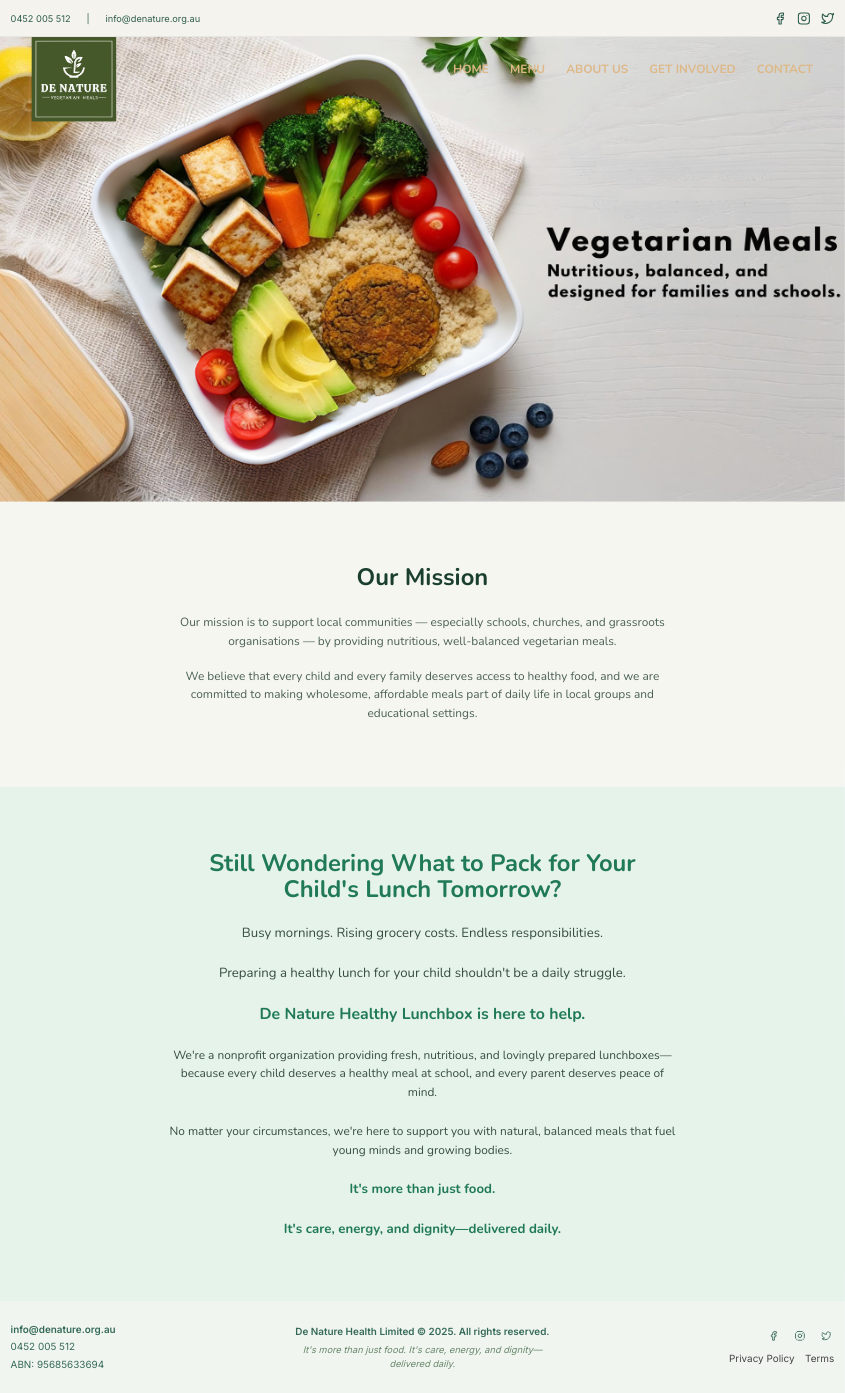
Repository: sunnyyan01/denature-website
Page: /
The author's editor kept a copy of each file at every save. The page is drawn from the files as they stood at one save, then again after the next save.
The browser window is 1280 px wide. The pictures show the whole page, at 66% of full size.
The project was rebuilt for these pictures with package versions that can differ from the ones it lists, and the page was loaded fresh each time. The framework's server and built-in components were replaced by stand-ins that run in the browser. Also part of the build but not shown: next.config.js.

Above is the page before, as saved 2025-05-14 21:31:56.

### src/app/layout.tsx
import type { Metadata } from "next";
import { Inter, Poppins } from "next/font/google";
import "./globals.css";
import Navbar from "@/components/Navbar";
import Footer from "@/components/Footer";
import { Phone, Mail } from "lucide-react";
import { FiFacebook, FiInstagram, FiTwitter } from 'react-icons/fi';

const inter = Inter({
  subsets: ["latin"],
  variable: '--font-inter',
});

const poppins = Poppins({
  weight: ['400', '500', '600', '700'],
  subsets: ['latin'],
  variable: '--font-poppins',
});

export const metadata: Metadata = {
  title: "DE NATURE - Sydney Lunch Program",
  description: "Providing nutritious meals to children in need across Sydney",
  verification: {
    google: "OqLlSQNFE1spUS93SXK13pK8N_CO4S7m2l7H1rPvJmY",
  },
  icons: {
    icon: '/favicon.ico',
    shortcut: '/favicon.ico',
  },
};

export default function RootLayout({
  children,
}: {
  children: React.ReactNode;
}) {
  return (
    <html lang="en">
      <body className={`${inter.variable} ${poppins.variable} font-sans bg-background text-text`}>
        {/* 顶部社交信息栏 */}
        <div
          className="fixed top-0 left-0 right-0 z-50"
          style={{
            background: '#F5F3ED',
            height: '56px',
            borderBottom: '1px solid #E0E0E0',
            fontFamily: "'Inter', 'Lato', sans-serif",
          }}
        >
          <div className="container flex items-center justify-between h-full px-4">
            {/* 联系方式 */}
            <div className="flex items-center space-x-6 text-[#2E5E4E] text-sm">
              <a href="tel:0452005512" className="hover:underline">0452 005 512</a>
              <span className="hidden sm:inline">|</span>
              <a href="mailto:info@denature.org.au" className="hover:underline">info@denature.org.au</a>
            </div>
            {/* 社交图标 */}
            <div className="flex items-center space-x-4">
              <a href="#" className="text-[#2E5E4E] hover:text-[#4A7C59]">
                <FiFacebook className="w-5 h-5" />
              </a>
              <a href="#" className="text-[#2E5E4E] hover:text-[#4A7C59]">
                <FiInstagram className="w-5 h-5" />
              </a>
              <a href="#" className="text-[#2E5E4E] hover:text-[#4A7C59]">
                <FiTwitter className="w-5 h-5" />
              </a>
            </div>
          </div>
        </div>

        {/* Navigation and Content */}
        <div className="relative">
          <Navbar />
          <main>
            {children}
          </main>
        </div>

        <Footer />
      </body>
    </html>
  );
}

### src/app/page.tsx
'use client';

import Link from "next/link";
import Image from "next/image";
import { Leaf, Scale, Recycle, Sprout } from "lucide-react";

const coreValues = [
  {
    title: 'Pure Ingredients',
    description: 'Premium natural ingredients, no additives',
    icon: '🌱',
  },
  {
    title: 'Balanced Nutrition',
    description: 'Scientifically balanced meals',
    icon: '🥗',
  },
  {
    title: 'Eco-Conscious',
    description: 'Sustainable practices, Earth-friendly',
    icon: '🌍',
  },
  {
    title: 'Growth Focus',
    description: 'Supporting healthy development',
    icon: '🌱',
  },
];

export default function Home() {
  return (
    <main>
      {/* Hero Section */}
      <section className="relative h-[100vh] w-full">
        <div className="absolute inset-0 bg-[url('/images/hero-bg.jpg')] bg-cover bg-center">
        </div>
        <div className="relative container mx-auto px-4 h-screen flex items-start pt-32">
          <div className="max-w-6xl mx-auto w-full pt-8">
            {/* 移除以下 h1 区域 */}
          </div>
        </div>
      </section>

      {/* Mission Section */}
      <section className="py-24" style={{ background: '#F6F6F1' }}>
        <div className="max-w-4xl mx-auto px-4 sm:px-6 lg:px-8">
          <div className="max-w-3xl mx-auto text-center">
            <h2 className="text-3xl md:text-4xl font-bold mb-8 font-heading" style={{ color: '#1B3F2F' }}>Our Mission</h2>
            <div className="space-y-6 text-lg leading-relaxed" style={{ color: '#4B6155' }}>
              <p>
                Our mission is to support local communities — especially schools, churches, and grassroots organisations — by providing nutritious, well-balanced vegetarian meals.
              </p>
              <p>
                We believe that every child and every family deserves access to healthy food, and we are committed to making wholesome, affordable meals part of daily life in local groups and educational settings.
              </p>
            </div>
          </div>
        </div>
      </section>

      {/* Lunchbox Support Section */}
      <section className="py-24" style={{ background: '#E6F3EB' }}>
        <div className="container mx-auto px-4">
          <div className="max-w-3xl mx-auto">
            <h2 className="text-4xl font-bold mb-8 text-center" style={{ color: '#217A57', fontWeight: 700 }}>
              Still Wondering What to Pack for Your Child's Lunch Tomorrow?
            </h2>
            <div className="space-y-8" style={{ color: '#364D40' }}>
              <p className="text-center text-xl">
                Busy mornings. Rising grocery costs. Endless responsibilities.
              </p>
              <p className="text-center text-xl">
                Preparing a healthy lunch for your child shouldn't be a daily struggle.
              </p>
              <p className="text-center text-2xl font-bold" style={{ color: '#217A57' }}>
                De Nature Healthy Lunchbox is here to help.
              </p>
              <p className="text-center text-lg">
                We're a nonprofit organization providing fresh, nutritious, and lovingly prepared lunchboxes—because every child deserves a healthy meal at school, and every parent deserves peace of mind.
              </p>
              <p className="text-center text-lg">
                No matter your circumstances, we're here to support you with natural, balanced meals that fuel young minds and growing bodies.
              </p>
              <p className="text-center text-xl font-bold" style={{ color: '#217A57' }}>
                It's more than just food.
              </p>
              <p className="text-center text-xl font-bold" style={{ color: '#217A57' }}>
                It's care, energy, and dignity—delivered daily.
              </p>
            </div>
          </div>
        </div>
      </section>
    </main>
  );
}

### src/app/globals.css
@import url('https://fonts.googleapis.com/css2?family=Nunito:wght@300;400;500;600;700&display=swap');

@tailwind base;
@tailwind components;
@tailwind utilities;

:root {
  /* 主色调 */
  --color-primary: #4A7C59;      /* 深绿色 */
  --color-primary-light: #6B9B7D; /* 浅绿色 */
  --color-primary-lighter: #E8F3ED; /* 最浅绿色 */

  /* 中性色 */
  --color-neutral-50: #FAFAFA;
  --color-neutral-100: #F5F5F5;
  --color-neutral-200: #EEEEEE;
  --color-neutral-300: #E0E0E0;
  --color-neutral-400: #BDBDBD;
  --color-neutral-500: #9E9E9E;
  --color-neutral-600: #757575;
  --color-neutral-700: #616161;
  --color-neutral-800: #424242;
  --color-neutral-900: #212121;

  /* 强调色 */
  --color-accent: #F5B971;       /* 温暖的米色 */
  --color-accent-light: #F9D5A7; /* 浅米色 */

  /* 功能色 */
  --color-success: #4CAF50;
  --color-warning: #FFC107;
  --color-error: #F44336;

  /* 字体 */
  --font-primary: 'Nunito', sans-serif;

  /* 间距 */
  --spacing-xs: 0.25rem;   /* 4px */
  --spacing-sm: 0.5rem;    /* 8px */
  --spacing-md: 1rem;      /* 16px */
  --spacing-lg: 1.5rem;    /* 24px */
  --spacing-xl: 2rem;      /* 32px */
  --spacing-2xl: 3rem;     /* 48px */
  --spacing-3xl: 4rem;     /* 64px */

  /* 圆角 */
  --radius-sm: 0.25rem;    /* 4px */
  --radius-md: 0.5rem;     /* 8px */
  --radius-lg: 1rem;       /* 16px */
  --radius-full: 9999px;

  /* 阴影 */
  --shadow-sm: 0 1px 2px 0 rgb(0 0 0 / 0.05);
  --shadow-md: 0 4px 6px -1px rgb(0 0 0 / 0.1);
  --shadow-lg: 0 10px 15px -3px rgb(0 0 0 / 0.1);
}

@layer base {
  html {
    font-family: var(--font-primary);
    color: var(--color-neutral-900);
    background-color: var(--color-neutral-50);
  }

  h1, h2, h3, h4, h5, h6 {
    font-weight: 700;
    line-height: 1.2;
  }

  h1 {
    font-size: 2.5rem; /* 40px */
    @screen md {
      font-size: 3.5rem; /* 56px */
    }
  }

  h2 {
    font-size: 2rem; /* 32px */
    @screen md {
      font-size: 2.5rem; /* 40px */
    }
  }

  h3 {
    font-size: 1.5rem; /* 24px */
    @screen md {
      font-size: 2rem; /* 32px */
    }
  }

  p {
    line-height: 1.6;
  }
}

@layer components {
  .container {
    @apply max-w-7xl mx-auto px-4 sm:px-6 lg:px-8;
  }

  .btn {
    @apply inline-flex items-center justify-center px-6 py-3 rounded-lg font-semibold transition-colors duration-200;
  }

  .btn-primary {
    @apply bg-[var(--color-primary)] text-white hover:bg-[var(--color-primary-light)];
  }

  .btn-secondary {
    @apply bg-[var(--color-accent)] text-[var(--color-neutral-900)] hover:bg-[var(--color-accent-light)];
  }

  .btn-outline {
    @apply border-2 border-[var(--color-primary)] text-[var(--color-primary)] hover:bg-[var(--color-primary-lighter)];
  }

  .card {
    @apply bg-white rounded-lg shadow-md overflow-hidden;
  }

  .section {
    @apply py-16 md:py-24;
  }

  .section-title {
    @apply text-3xl md:text-4xl font-bold text-center mb-12;
  }

  .hero {
    @apply relative h-[80vh] md:h-screen flex items-center;
  }

  .hero-content {
    @apply relative z-10 text-center max-w-4xl mx-auto px-4;
  }

  .hero-image {
    @apply absolute inset-0 w-full h-full object-cover;
  }

  .hero-overlay {
    @apply absolute inset-0 bg-black/30;
  }
}

/* 自定义动画 */
@keyframes fadeIn {
  from {
    opacity: 0;
    transform: translateY(10px);
  }
  to {
    opacity: 1;
    transform: translateY(0);
  }
}

.animate-fade-in {
  animation: fadeIn 0.6s ease-out forwards;
}

/* 响应式图片容器 */
.image-container {
  @apply relative aspect-[4/3] md:aspect-[16/9] overflow-hidden rounded-lg;
}

.image-container img {
  @apply absolute inset-0 w-full h-full object-cover transition-transform duration-500;
}

.image-container:hover img {
  @apply scale-105;
}

/* 网格布局 */
.grid-auto-fit {
  @apply grid grid-cols-1 md:grid-cols-2 lg:grid-cols-3 gap-6 md:gap-8;
}

/* 文本样式 */
.text-gradient {
  @apply bg-clip-text text-transparent bg-gradient-to-r from-[var(--color-primary)] to-[var(--color-primary-light)];
}

.text-balance {
  text-wrap: balance;
}

/* 导航样式 */
.nav-link {
  @apply text-[var(--color-neutral-700)] hover:text-[var(--color-primary)] transition-colors duration-200;
}

.nav-link-active {
  @apply text-[var(--color-primary)] font-semibold;
}

/* 页脚样式 */
.footer {
  @apply bg-[var(--color-neutral-900)] text-white py-16;
}

.footer-title {
  @apply text-xl font-semibold mb-4;
}

.footer-link {
  @apply text-[var(--color-neutral-400)] hover:text-white transition-colors duration-200;
}

/* 表单样式 */
.form-input {
  @apply w-full px-4 py-2 rounded-lg border border-[var(--color-neutral-300)] focus:border-[var(--color-primary)] focus:ring-2 focus:ring-[var(--color-primary-lighter)] outline-none transition-colors duration-200;
}

.form-label {
  @apply block text-sm font-medium text-[var(--color-neutral-700)] mb-1;
}

/* 菜单卡片样式 */
.menu-card {
  @apply bg-white rounded-lg shadow-md overflow-hidden transition-transform duration-300 hover:shadow-lg hover:-translate-y-1;
}

.menu-card-image {
  @apply relative aspect-[4/3] w-full;
}

.menu-card-content {
  @apply p-6;
}

.menu-card-title {
  @apply text-xl font-semibold text-[var(--color-neutral-900)] mb-2;
}

.menu-card-description {
  @apply text-[var(--color-neutral-600)] text-sm;
}

/* 特色部分样式 */
.feature-grid {
  @apply grid grid-cols-1 md:grid-cols-2 lg:grid-cols-4 gap-8;
}

.feature-item {
  @apply text-center p-6;
}

.feature-icon {
  @apply w-16 h-16 mx-auto mb-4 text-[var(--color-primary)];
}

.feature-title {
  @apply text-lg font-semibold mb-2;
}

.feature-description {
  @apply text-[var(--color-neutral-600)];
}

### src/components/Footer.tsx
'use client';

import { FiFacebook, FiInstagram, FiTwitter } from 'react-icons/fi';

export default function Footer() {
  const currentYear = new Date().getFullYear();

  return (
    <footer className="w-full" style={{ background: '#f1f5f0', color: '#356A59', fontFamily: "'Inter', 'Lato', sans-serif" }}>
      <div className="container mx-auto px-4 py-8">
        <div className="grid grid-cols-1 md:grid-cols-3 gap-8 items-center">
          {/* 左侧：联系信息 */}
          <div className="flex flex-col items-center md:items-start text-[15px] gap-1">
            <span className="font-semibold">info@denature.org.au</span>
            <span>0452 005 512</span>
            <span>ABN: 95685633694</span>
          </div>
          {/* 中间：版权+口号 */}
          <div className="flex flex-col items-center text-center text-[15px] gap-1">
            <span className="font-semibold">De Nature Health Limited © {currentYear}. All rights reserved.</span>
            <span style={{ fontStyle: 'italic', fontSize: '14px', color: '#68886b' }}>
              It's more than just food. It's care, energy, and dignity—delivered daily.
            </span>
          </div>
          {/* 右侧：社交图标+链接 */}
          <div className="flex flex-col items-center md:items-end gap-2">
            <div className="flex space-x-4 mb-1">
              <a href="#" className="group text-[#356A59] transition-transform duration-200 hover:scale-110">
                <FiFacebook className="w-6 h-6 group-hover:bg-[#356A59] group-hover:text-white rounded-full p-1 transition-colors duration-200" />
              </a>
              <a href="#" className="group text-[#356A59] transition-transform duration-200 hover:scale-110">
                <FiInstagram className="w-6 h-6 group-hover:bg-[#356A59] group-hover:text-white rounded-full p-1 transition-colors duration-200" />
              </a>
              <a href="#" className="group text-[#356A59] transition-transform duration-200 hover:scale-110">
                <FiTwitter className="w-6 h-6 group-hover:bg-[#356A59] group-hover:text-white rounded-full p-1 transition-colors duration-200" />
              </a>
            </div>
            <div className="flex space-x-4 text-[15px]">
              <a href="#" className="hover:underline text-[#444]">Privacy Policy</a>
              <a href="#" className="hover:underline text-[#444]">Terms</a>
            </div>
          </div>
        </div>
      </div>
    </footer>
  );
}

Loaded but not shown: tailwind.config.js (104 lines, source omitted); src/components/Navbar.tsx (232 lines, source omitted)

After the next save:
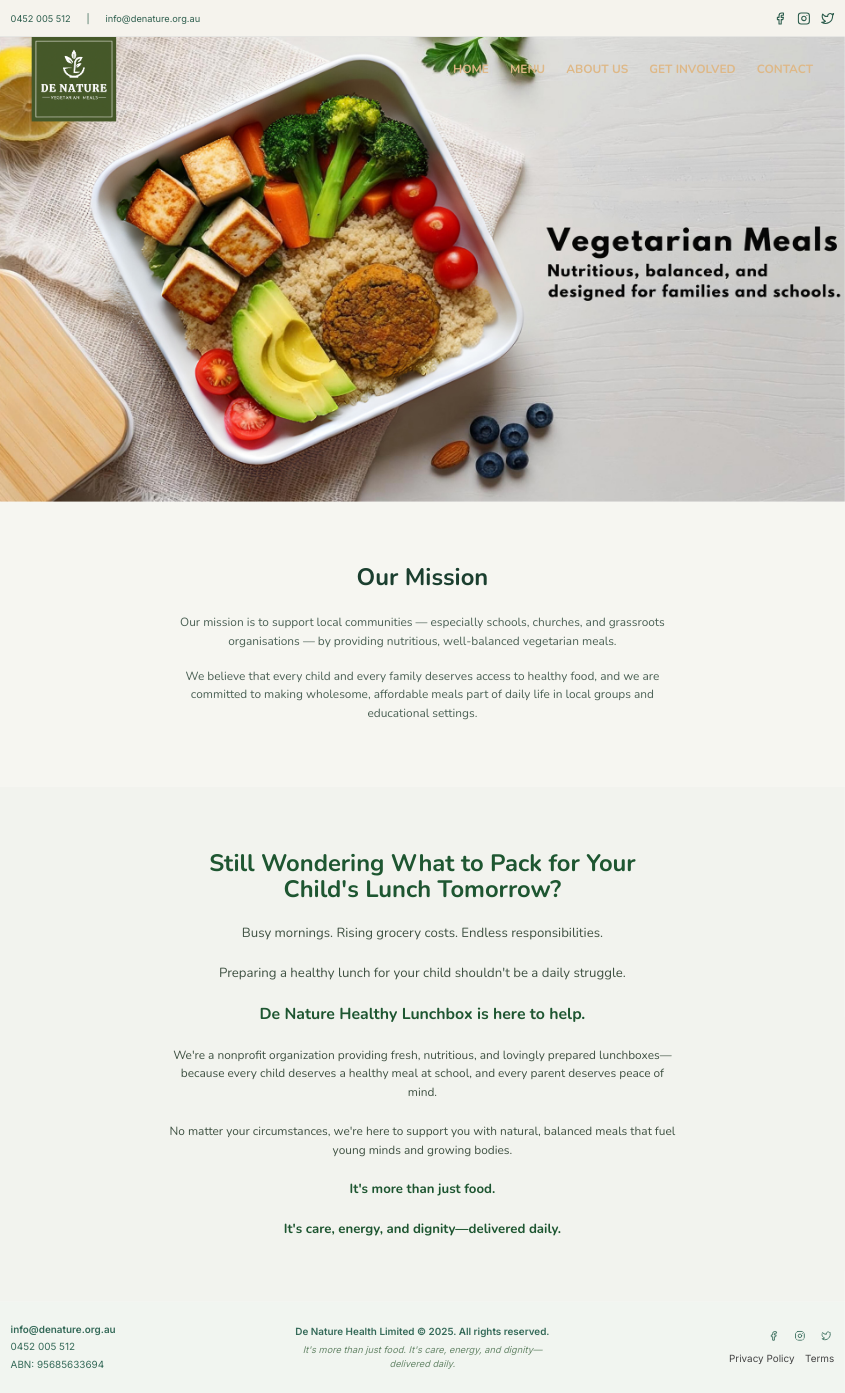
Saved 4 min 18 s later.
--- a/src/app/page.tsx
+++ b/src/app/page.tsx
@@ -59,20 +59,20 @@
       </section>
 
       {/* Lunchbox Support Section */}
-      <section className="py-24" style={{ background: '#E6F3EB' }}>
+      <section className="py-24" style={{ background: '#F2F3EE' }}>
         <div className="container mx-auto px-4">
           <div className="max-w-3xl mx-auto">
-            <h2 className="text-4xl font-bold mb-8 text-center" style={{ color: '#217A57', fontWeight: 700 }}>
+            <h2 className="text-4xl font-bold mb-8 text-center" style={{ color: '#1E5631', fontWeight: 700 }}>
               Still Wondering What to Pack for Your Child's Lunch Tomorrow?
             </h2>
-            <div className="space-y-8" style={{ color: '#364D40' }}>
+            <div className="space-y-8" style={{ color: '#3F5142' }}>
               <p className="text-center text-xl">
                 Busy mornings. Rising grocery costs. Endless responsibilities.
               </p>
               <p className="text-center text-xl">
                 Preparing a healthy lunch for your child shouldn't be a daily struggle.
               </p>
-              <p className="text-center text-2xl font-bold" style={{ color: '#217A57' }}>
+              <p className="text-center text-2xl font-bold" style={{ color: '#1E5631' }}>
                 De Nature Healthy Lunchbox is here to help.
               </p>
               <p className="text-center text-lg">
@@ -81,10 +81,10 @@
               <p className="text-center text-lg">
                 No matter your circumstances, we're here to support you with natural, balanced meals that fuel young minds and growing bodies.
               </p>
-              <p className="text-center text-xl font-bold" style={{ color: '#217A57' }}>
+              <p className="text-center text-xl font-bold" style={{ color: '#1E5631' }}>
                 It's more than just food.
               </p>
-              <p className="text-center text-xl font-bold" style={{ color: '#217A57' }}>
+              <p className="text-center text-xl font-bold" style={{ color: '#1E5631' }}>
                 It's care, energy, and dignity—delivered daily.
               </p>
             </div>
